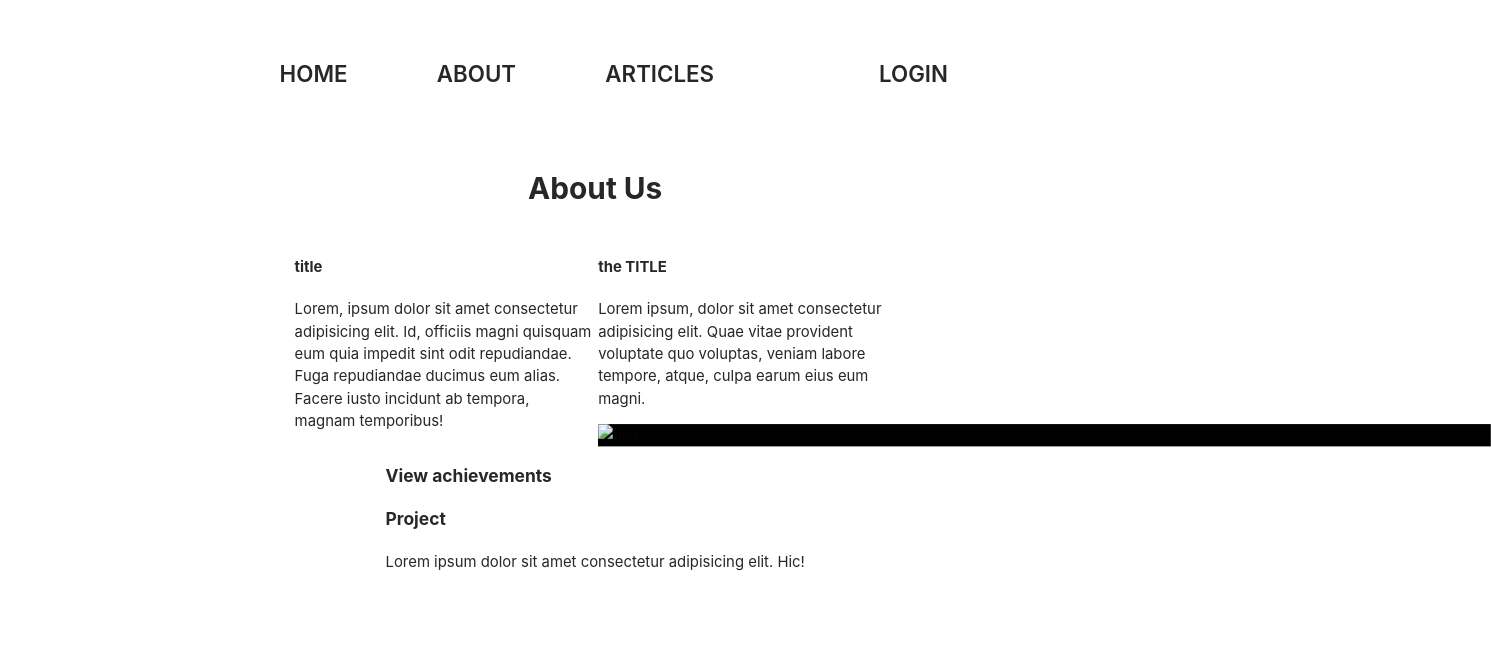
Repository: ValGrace/-static-site
Page: /about (app in client/)
These files come from the project's save history. The page is drawn as it stood at one moment and after the next save; the edit follows.
The browser window is 1280 px wide. The page is 1603 px wide, then 1440 px, so the pictures cover 1603 px, including what lies to the right of the window. The pictures show the whole page, at 93% of full size.
The project was rebuilt for these pictures with package versions that can differ from the ones it lists, and the page was loaded fresh each time. Also part of the build but not shown: client/vite.config.js, client/src/Utils/appwrite.js, client/src/Components/Inputs.css, client/src/Components/Login.jsx, client/src/Components/Signup.jsx, client/src/Components/HomeSection.jsx, client/src/Components/TopSection.jsx, client/src/Pages/HomePage.jsx.

Above is the page before, as saved 2023-02-07 13:01:23.

### client/src/main.jsx
import React from 'react'
import ReactDOM from 'react-dom/client'
import App from './App'
import './index.css'
import { BrowserRouter } from 'react-router-dom'
ReactDOM.createRoot(document.getElementById('root')).render(
  <React.StrictMode>
    <BrowserRouter>
    <App />
    </BrowserRouter>
  </React.StrictMode>,
)

### client/src/App.jsx
import PageRouter from './Routing/PageRouter'
import './App.css'

function App() {


  return (
    <div className="App">
      <PageRouter />
    </div>
  )
}

export default App

### client/src/index.css
:root {
  font-family: Inter, system-ui, Avenir, Helvetica, Arial, sans-serif;
  line-height: 1.5;
  font-weight: 400;

  color-scheme: light dark;
  color: rgba(7, 7, 7, 0.87);
  background-color: #ffffff;

  font-synthesis: none;
  text-rendering: optimizeLegibility;
  -webkit-font-smoothing: antialiased;
  -moz-osx-font-smoothing: grayscale;
  -webkit-text-size-adjust: 100%;
}

/* a {
  font-weight: 500;
  color: #646cff;
  text-decoration: inherit;
}
a:hover {
  color: #535bf2;
}

body {
  margin: 0;
  display: flex;
  place-items: center;
  min-width: 320px;
  min-height: 100vh;
}

h1 {
  font-size: 3.2em;
  line-height: 1.1;
}

button {
  border-radius: 8px;
  border: 1px solid transparent;
  padding: 0.6em 1.2em;
  font-size: 1em;
  font-weight: 500;
  font-family: inherit;
  background-color: #1a1a1a;
  cursor: pointer;
  transition: border-color 0.25s;
}
button:hover {
  border-color: #646cff;
}
button:focus,
button:focus-visible {
  outline: 4px auto -webkit-focus-ring-color;
}

@media (prefers-color-scheme: light) {
  :root {
    color: #213547;
    background-color: #ffffff;
  }
  a:hover {
    color: #747bff;
  }
  button {
    background-color: #f9f9f9;
  }
} */

### client/src/Routing/PageRouter.jsx
import Dashboard from "../Pages/Dashboard";
import HomePage from "../Pages/HomePage";
import { Routes, Route} from "react-router-dom"
import AboutPage from "../Pages/aboutPage";
const PageRouter = () => {
    return (
        <Routes>
            <Route path="/" element={<Dashboard />} />
            <Route path="/home" element={<HomePage />} />
            <Route path="/about" element={<AboutPage />} />

        </Routes>
    )
}

export default PageRouter

### client/src/App.css
.App {
  display: flex;
  flex-direction: column;
  justify-content: center;
  align-items: center;
}

### client/src/Pages/Dashboard.jsx
import React, { useReducer} from 'react'
import Login from '../Components/Login'
import Signup from '../Components/Signup'
import "../Components/Inputs.css"
const initialState = {page : <Login />}
function reducer(state, action) {
    switch(action.type) {
        case 'loginpage':
          return { page: <Login />}
        case 'signuppage':
            return { page: <Signup />}
        default:
            return { page: <h2>Loading....</h2>}
    }
}
const Dashboard = () => {
    const [state, dispatch] = useReducer(reducer, initialState)
    return (
        <div className='dashboard'>
         <h2>Static Site Generator</h2>
         <div>Static site Image</div>
         <div className='dash' id='dash'>
            <div className='toggleForms'>
                <button onClick={() => dispatch({type: 'loginpage'})} className="type-btn">Login</button>
                <button onClick={() => dispatch({type: 'signuppage'})} className="type-btn">Signup</button>
                </div>
            <React.Fragment>{state.page}</React.Fragment>

            <button id="auth-btns">Login with Github account</button>
            <button id="auth-btns">Login with Google account</button>
         </div>
       </div>
    )
}

export default Dashboard

### client/src/Pages/aboutPage.jsx
import Navbar from "../Components/Navbar"
import "../Components/InfoPage.css"
const AboutPage = () => {
   return (
    <>
    <Navbar />
    <h2 id="about-page">about us</h2>
    <div className="about-mid">
        <div className="about-info">
            <h4>the TITLE</h4>
            <p>Lorem ipsum, dolor sit amet consectetur adipisicing elit. Quae vitae provident voluptate quo voluptas, veniam labore tempore, atque, culpa earum eius eum magni.</p>
            <div className="abt-img">
                <img src="" alt="tisd" />
            </div>
        </div>
        <div className="about-info">
            <h4>title</h4>
            <p>Lorem, ipsum dolor sit amet consectetur adipisicing elit. Id, officiis magni quisquam eum quia impedit sint odit repudiandae. Fuga repudiandae ducimus eum alias. Facere iusto incidunt ab tempora, magnam temporibus!</p>
        </div>

    </div>
    <div>
        <h3>View achievements</h3>
        <div>
            <h3>Project</h3>
            <p>Lorem ipsum dolor sit amet consectetur adipisicing elit. Hic!</p>
        </div>
    </div>
    </>
   )
}

export default AboutPage

### client/src/Components/Navbar.jsx
import "./Navbar.css"
const Navbar = () => {
    return (
        <nav>
            <ul>
                <li>home</li>
                <li>about</li>
                <li>articles</li>
            </ul>
            <ul>
                <li>Login</li>
            </ul>
        </nav>
    )
}

export default Navbar

### client/src/Components/InfoPage.css
#about-page {
    font-size:2rem;
    text-transform: capitalize;

    width: 80vw;

    text-align: center;
}

.about-mid {
   display: flex;
   gap: 0.4rem;
   flex-wrap: wrap;
   flex-direction: row-reverse;
}

.about-info {
    width: 25vw;
    flex-direction: column-reverse;
}

.abt-img {
    background-color: black;
    width: 75vw;

}

### client/src/Components/Navbar.css
nav {
    width: 70vw;
    height: 20vh;
    display: flex;
}

nav > ul{
  display: flex;
  flex-direction: row;
  text-transform: uppercase;
  list-style-type: none;
  justify-content: center;
  align-items: center;
  gap: 4em;
  font-weight: 600;
  font-size: 1.5rem;
  flex-grow: 1;
}

#top-text {
    width: 80vw;
}

#top-text > h2 {
    font-size: 4.5rem;
    text-transform: capitalize;
    margin: 0;
    /* float: left; */
}

#top-text > p {
    float: right;

}

.head-section {
    display: flex;
    width: 80vw;
    gap: 0.5em;
    flex-wrap: wrap;
}

.head-img {
    background-color: rgb(1, 51, 51);
    width: 50%;
    border-radius: 0.9em;
    height: 30vh;
}

.side-section {
    display: flex;
    flex-direction: row;
    gap: 0.3rem;
    width: 40%;
}

.side-img {
    background-color: black;
    width: 5rem;
    height: 4rem;
    border-radius: 50%;
}

.side-blogs > h4, .side-blogs > p {
    margin: 0;
}

.site-descr {
    width: 80vw;
    background-color: rgba(1, 1, 12, 0.979);
    color: rgba(255, 255, 255, 0.767);
    border-radius: 9px;
    margin-top: 0.9rem;
    display: flex;
    /* gap: 0.4rem; */
    padding: 0.4rem;
    height: 25vh;
    margin-bottom: 3em;
}

.site-descr > p {
    width: 75%;
}
.site-sep {
    width: 0.1rem;
    height: 90%;
    background-color: azure;
    margin-right: 0.7rem;
}


.value-section {
   width: 80vw;
    display: flex;
    gap: 0.3rem;
    flex-wrap: wrap;
}

.single-value {
    border: 0.9px solid rgba(0, 0, 0, 0.87);
    padding: 0.8em;
    width: 20rem;
}

Loaded but not shown: client/index.html (common file)

After the next save:
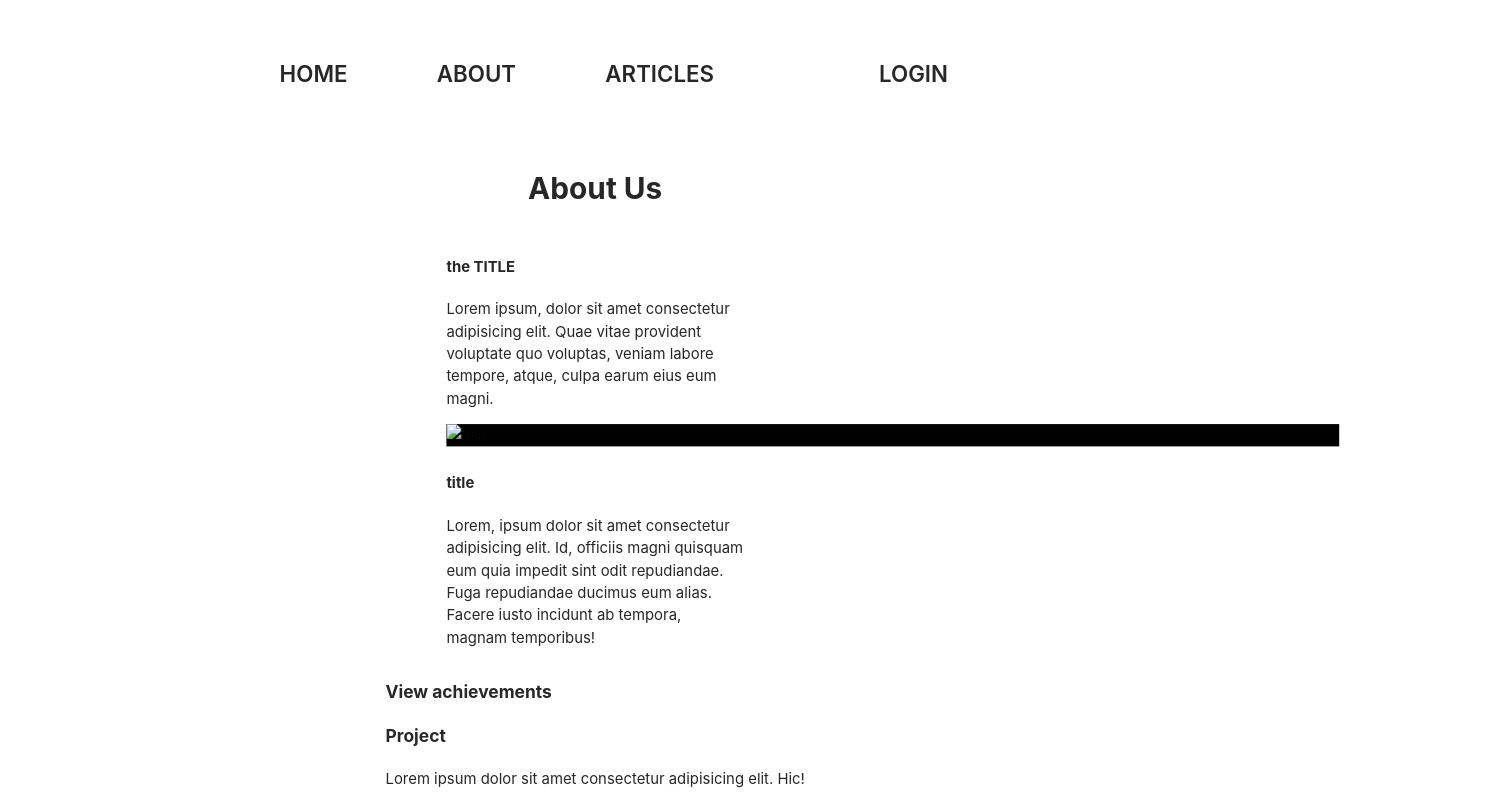
Saved 14 s later.
--- a/client/src/Components/InfoPage.css
+++ b/client/src/Components/InfoPage.css
@@ -11,7 +11,7 @@
    display: flex;
    gap: 0.4rem;
    flex-wrap: wrap;
-   flex-direction: row-reverse;
+   flex-direction: column;
 }
 
 .about-info {
